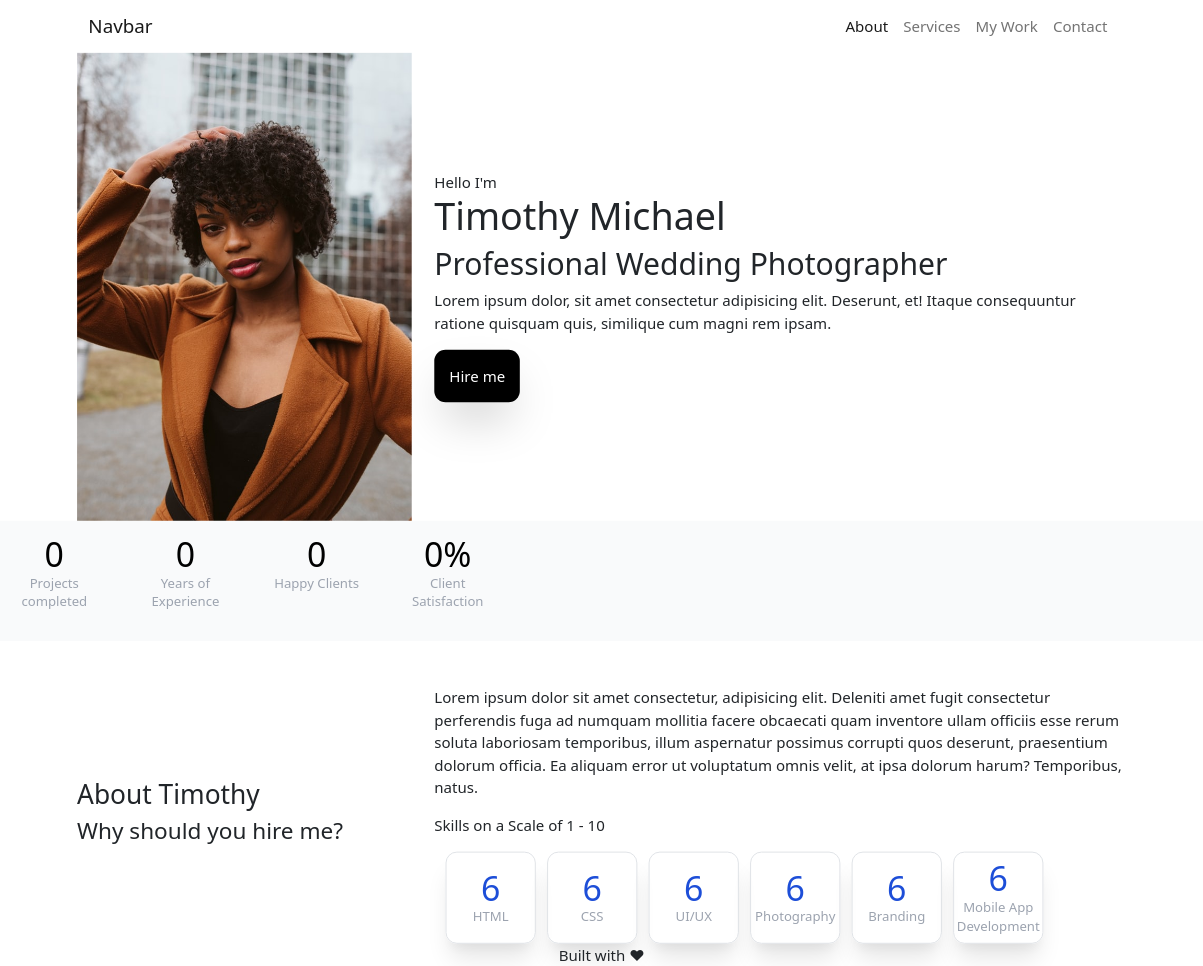
Repository: latenightsnacc/giggles
Page: HTML/freelancer.html
An editor plug-in stored every save of this project. The page is shown before and after the next save, followed by the edit.
The browser window is 1280 px wide. The pictures show the whole page, at 94% of full size.
Some web libraries are served in a nearby version.

Above is the page before, as saved 2021-01-03 15:29:26.

After the next save:
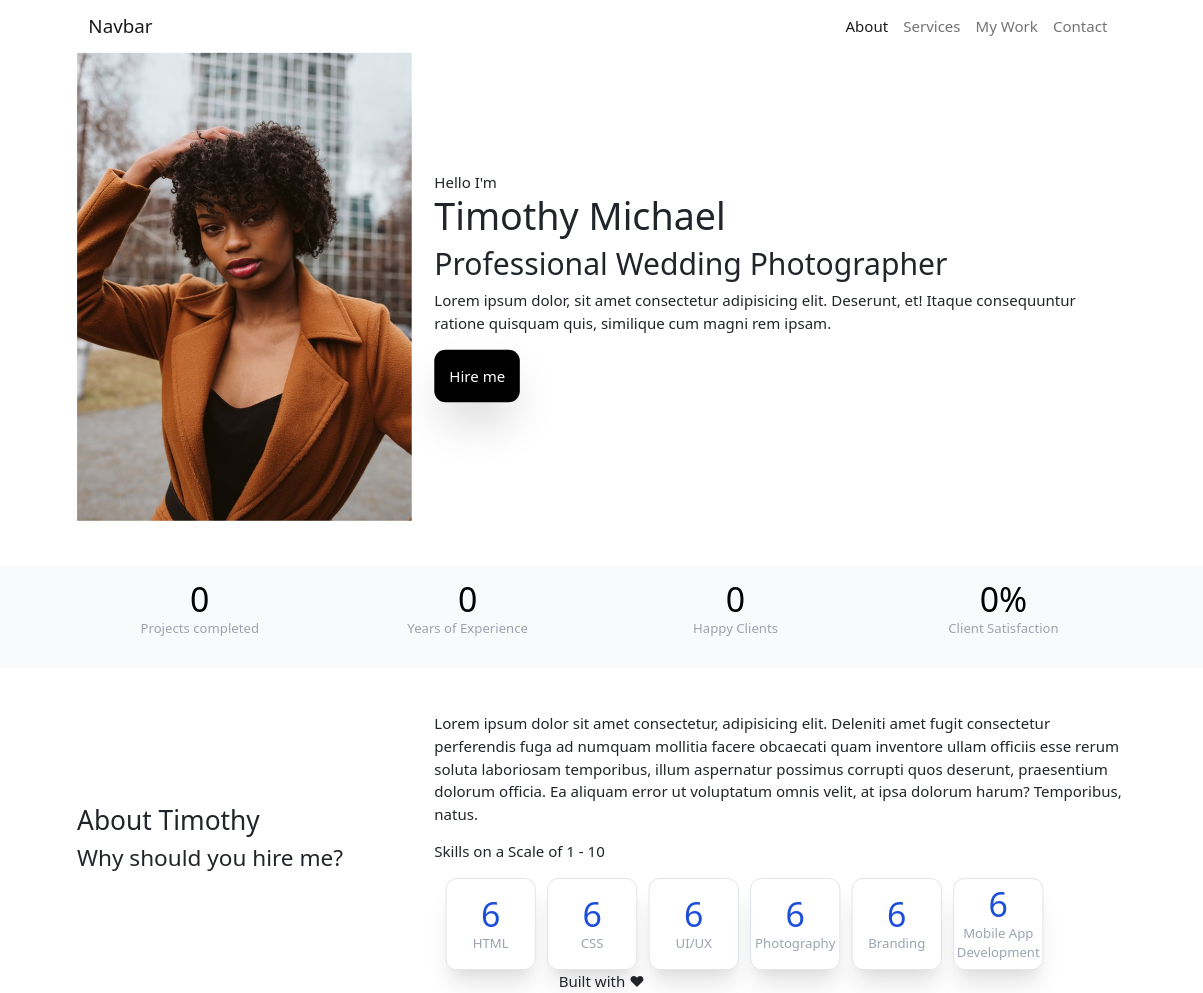
Saved 19 s later.
--- a/HTML/freelancer.html
+++ b/HTML/freelancer.html
@@ -64,7 +64,7 @@
             </div>
         </div>
         <!--User Statisitics-->
-        <div class="stats w-full bg-gray-50 flex items-center h-auto py-3 mt-5>
+        <div class="stats w-full bg-gray-50 flex items-center h-auto py-3 mt-5">
             <div class="container">
                 <div class="row">
                     <div class="stat-box col text-center">
